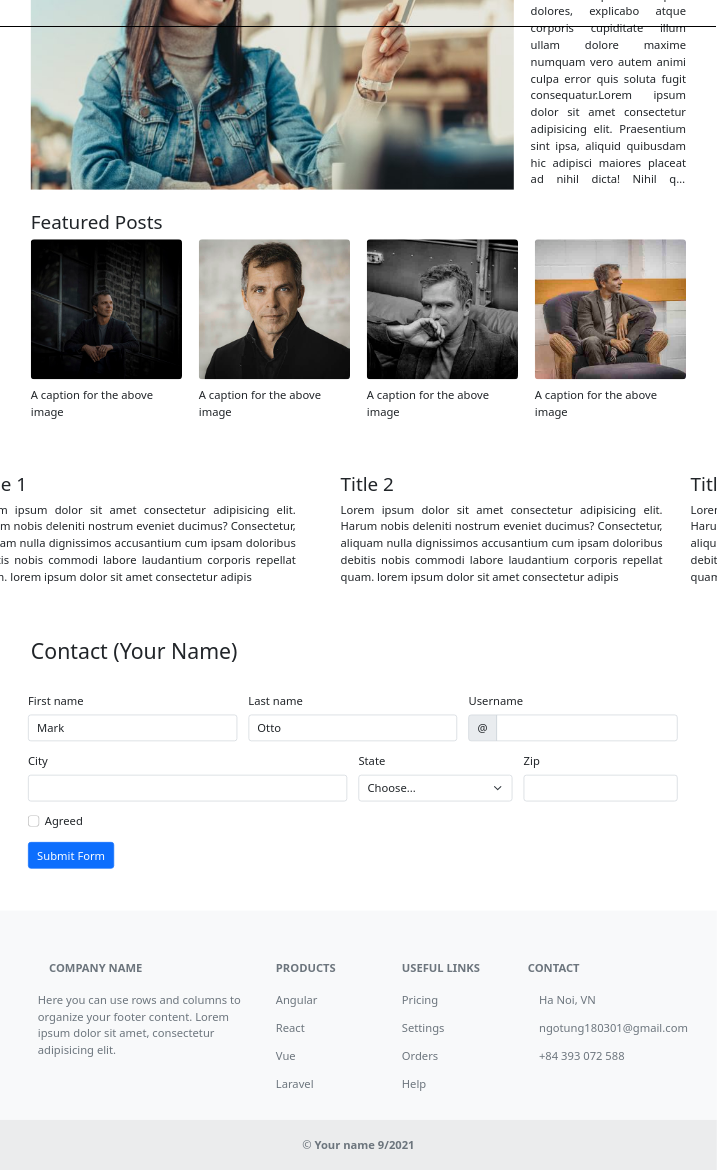
Repository: nvt01/72_1951061106_NgoVanTung
Page: BaiTh1/index.html
An editor plug-in stored every save of this project. The page is shown before and after the next save, followed by the edit.
The browser window is 1024 px wide. The pictures show the part of the page from y = 327 to 2567 px (the page is 1999 px tall before and 2643 px after), at 70% of full size.

Above is the page before, as saved 2021-12-01 11:00:35.

### BaiTh1/index.html
<!DOCTYPE html>
<html lang="en">
<head>
    <meta charset="UTF-8">
    <meta http-equiv="X-UA-Compatible" content="IE=edge">
    <meta name="viewport" content="width=device-width, initial-scale=1.0">
    <title>Blog</title>
    <link rel="stylesheet" href="style.css">
    <!-- CSS only -->
    <link href="https://cdn.jsdelivr.net/npm/bootstrap@5.1.3/dist/css/bootstrap.min.css" rel="stylesheet" integrity="sha384-1BmE4kWBq78iYhFldvKuhfTAU6auU8tT94WrHftjDbrCEXSU1oBoqyl2QvZ6jIW3" crossorigin="anonymous">
    <!-- JavaScript Bundle with Popper -->
    <script src="https://cdn.jsdelivr.net/npm/bootstrap@5.1.3/dist/js/bootstrap.bundle.min.js" integrity="sha384-ka7Sk0Gln4gmtz2MlQnikT1wXgYsOg+OMhuP+IlRH9sENBO0LRn5q+8nbTov4+1p" crossorigin="anonymous"></script>
</head>
<body>
    <div class="menu">
        <nav class="navbar navbar-expand-lg navbar-light bg-light">
            <div class="container-fluid">
                <a class="navbar-brand" href="#">
                    <img class="nav-img" src="./img/avatar.JPG" alt="">
                    Your name
                </a>
                <button class="navbar-toggler" type="button" data-bs-toggle="collapse" data-bs-target="#navbarSupportedContent" aria-controls="navbarSupportedContent" aria-expanded="false" aria-label="Toggle navigation">
                    <span class="navbar-toggler-icon"></span>
                </button>
                <div class=" collapse navbar-collapse" id="navbarSupportedContent">
                    <ul class="navbar-nav me-auto mb-2 mb-lg-0">
                        <li class="nav-item">
                            <a class="nav-link active" aria-current="page" href="#">Home</a>
                        </li>
                        <li class="nav-item">
                            <a class="nav-link" href="#">Featured</a>
                        </li>
                        <li class="nav-item">
                            <a class="nav-link" href="#">View Post</a>
                        </li>
                    </ul>
                </div>
            </div>
        </nav>
    </div>

    <div class="main">
        <div class="container">
            <div class="row">
                <h1 class="h1">Your Name</h1>
                <h3 class="h3">Your Profession</h3>
                <div class="col">
                    <img src="./img/img1.jpeg" alt="">
                </div>
                <div class="col content">
                    <h3>About</h3>
                    <span>Lorem ipsum dolor sit amet consectetur adipisicing elit. Odio excepturi aliquid, dolores, explicabo atque corporis cupiditate illum ullam dolore maxime numquam vero autem animi culpa error quis soluta fugit consequatur.Lorem ipsum dolor sit amet consectetur adipisicing elit. Praesentium sint ipsa, aliquid quibusdam hic adipisci maiores placeat ad nihil dicta! Nihil qui accusantium explicabo. Similique architecto dolorum perferendis odio fugit. Lorem ipsum dolor sit amet consectetur adipisicing elit. Odio excepturi aliquid, dolores, explicabo atque corporis cupiditate illum ullam dolore maxime numquam vero autem animi culpa error quis soluta fugit consequatur.Lorem ipsum dolor sit amet consectetur adipisicing elit. Praesentium sint ipsa, aliquid quibusdam hic adipisci maiores placeat ad nihil dicta! Nihil qui accusantium explicabo. Similique architecto dolorum perferendis odio fugit. lorem ipsum dolor sit amet consectetur adipis. Praesentium sint ipsa, aliquid quibusdam hic adipisci maiores placeat ad nihil dicta! Nihil qui accusantium explicabo.</span>
                </div>
            </div>
            <div class="row">
                <h3 class="h3-title">Featured Posts</h3>
                <div class="col-3 col-sm-12 col-md-6 col-xs-12 col-lg-3">
                    <img class="image" src="./img/img2.jpeg" alt="">
                    <p>A caption for the above image</p>
                </div>
                <div class="col-3 col-sm-12 col-md-6 col-xs-12 col-lg-3">
                    <img class="image" src="./img/img3.jpeg" alt="">
                    <p>A caption for the above image</p>
                </div>
                <div class="col-3 col-sm-12 col-md-6 col-xs-12 col-lg-3">
                    <img class="image" src="./img/img5.jpeg" alt="">
                    <p>A caption for the above image</p>
                </div>
                <div class="col-3 col-sm-12 col-md-6 col-xs-12 col-lg-3">
                    <img class="image" src="./img/img6.jpeg" alt="">
                    <p>A caption for the above image</p>
                </div>
            </div>
        </div>
    </div>

    <div class="title">
        <!-- <div class="row">
            <div class="col">
                <h3>Title 1</h3>
                <p class="title-text">Lorem ipsum dolor sit amet consectetur adipisicing elit. Harum nobis deleniti nostrum eveniet ducimus? Consectetur, aliquam nulla dignissimos accusantium cum ipsam doloribus debitis nobis commodi labore laudantium corporis repellat quam. lorem ipsum dolor sit amet consectetur adipis</p>
            </div>
            <div class="col">
                <h3>Title 2</h3>
                <p class="title-text">Lorem ipsum dolor sit amet consectetur adipisicing elit. Harum nobis deleniti nostrum eveniet ducimus? Consectetur, aliquam nulla dignissimos accusantium cum ipsam doloribus debitis nobis commodi labore laudantium corporis repellat quam. lorem ipsum dolor sit amet consectetur adipis</p>
            </div>
        </div> -->
        <div>
            <div id="carouselExampleControls" class="carousel slide" data-bs-ride="carousel">
                <div class="carousel-inner">
                    <div class="carousel-item active">
                        <div class="row">
                            <div class="col-md-6">
                                <div class="singer-box content">
                                    <h3>Title 1</h3>
                                    <p class="title-text">Lorem ipsum dolor sit amet consectetur adipisicing elit. Harum nobis deleniti nostrum eveniet ducimus? Consectetur, aliquam nulla dignissimos accusantium cum ipsam doloribus debitis nobis commodi labore laudantium corporis repellat quam. lorem ipsum dolor sit amet consectetur adipis</p>
                                </div>
                            </div>
                            <div class="col-md-6">
                                <div class="singer-box content">
                                    <h3>Title 2</h3>
                                    <p class="title-text">Lorem ipsum dolor sit amet consectetur adipisicing elit. Harum nobis deleniti nostrum eveniet ducimus? Consectetur, aliquam nulla dignissimos accusantium cum ipsam doloribus debitis nobis commodi labore laudantium corporis repellat quam. lorem ipsum dolor sit amet consectetur adipis</p>
                                </div>
                            </div>
                        </div>
                    </div>

                    <div class="carousel-item">
                        <div class="row">
                            <div class="col-md-6">
                                <div class="singer-box content">
                                    <h3>Title 3</h3>
                                    <p class="title-text">Lorem ipsum dolor sit amet consectetur adipisicing elit. Harum nobis deleniti nostrum eveniet ducimus? Consectetur, aliquam nulla dignissimos accusantium cum ipsam doloribus debitis nobis commodi labore laudantium corporis repellat quam. lorem ipsum dolor sit amet consectetur adipis</p>
                                </div>
                            </div>
                            <div class="col-md-6">
                                <div class="singer-box content">
                                    <h3>Title 4</h3>
                                    <p class="title-text">Lorem ipsum dolor sit amet consectetur adipisicing elit. Harum nobis deleniti nostrum eveniet ducimus? Consectetur, aliquam nulla dignissimos accusantium cum ipsam doloribus debitis nobis commodi labore laudantium corporis repellat quam. lorem ipsum dolor sit amet consectetur adipis</p>
                                </div>
                            </div>
                        </div>
                    </div>
                </div>
                <button class="carousel-control-prev" type="button" data-bs-target="#carouselExampleControls" data-bs-slide="prev">
                    <span class="carousel-control-prev-icon" aria-hidden="true"></span>
                    <span class="visually-hidden">Previous</span>
                </button>
                <button class="carousel-control-next" type="button" data-bs-target="#carouselExampleControls" data-bs-slide="next">
                    <span class="carousel-control-next-icon" aria-hidden="true"></span>
                    <span class="visually-hidden">Next</span>
                </button>
            </div>
        </div>
    </div>

    <div class="contact">
        <div class="container">
            <div class="row">
                <h2>Contact (Your Name)</h2>
                <form class="row g-3 needs-validation" novalidate>
                    <div class="col-md-4">
                        <label for="validationCustom01" class="form-label">First name</label>
                        <input type="text" class="form-control" id="validationCustom01" value="Mark" required>
                        <div class="valid-feedback">
                            Looks good!
                        </div>
                    </div>
                    <div class="col-md-4">
                        <label for="validationCustom02" class="form-label">Last name</label>
                        <input type="text" class="form-control" id="validationCustom02" value="Otto" required>
                        <div class="valid-feedback">
                            Looks good!
                        </div>
                    </div>
                    <div class="col-md-4">
                        <label for="validationCustomUsername" class="form-label">Username</label>
                        <div class="input-group has-validation">
                            <span class="input-group-text" id="inputGroupPrepend">@</span>
                            <input type="text" class="form-control" id="validationCustomUsername" aria-describedby="inputGroupPrepend" required>
                            <div class="invalid-feedback">
                            Please choose a username.
                            </div>
                        </div>
                    </div>
                    <div class="col-md-6">
                        <label for="validationCustom03" class="form-label">City</label>
                        <input type="text" class="form-control" id="validationCustom03" required>
                        <div class="invalid-feedback">
                            Please provide a valid city.
                        </div>
                    </div>
                    <div class="col-md-3">
                        <label for="validationCustom04" class="form-label">State</label>
                        <select class="form-select" id="validationCustom04" required>
                            <option selected disabled value="">Choose...</option>
                            <option>...</option>
                        </select>
                        <div class="invalid-feedback">
                            Please select a valid state.
                        </div>
                    </div>
                    <div class="col-md-3">
                        <label for="validationCustom05" class="form-label">Zip</label>
                        <input type="text" class="form-control" id="validationCustom05" required>
                        <div class="invalid-feedback">
                            Please provide a valid zip.
                        </div>
                    </div>
                    <div class="col-12">
                        <div class="form-check">
                            <input class="form-check-input" type="checkbox" value="" id="invalidCheck" required>
                            <label class="form-check-label" for="invalidCheck">
                            Agreed
                            </label>
                        <div class="invalid-feedback">
                            You must agree before submitting.
                        </div>
                    </div>
                    </div>
                    <div class="col-12">
                        <button class="btn btn-primary" type="submit">Submit Form</button>
                    </div>
                </form>
            </div>
        </div>
    </div>

    <footer class="text-center text-lg-start bg-light text-muted">
        <div>
            <a href="" class="me-4 text-reset">
            <i class="fab fa-facebook-f"></i>
            </a>
            <a href="" class="me-4 text-reset">
            <i class="fab fa-twitter"></i>
            </a>
            <a href="" class="me-4 text-reset">
            <i class="fab fa-google"></i>
            </a>
            <a href="" class="me-4 text-reset">
            <i class="fab fa-instagram"></i>
            </a>
            <a href="" class="me-4 text-reset">
            <i class="fab fa-linkedin"></i>
            </a>
            <a href="" class="me-4 text-reset">
            <i class="fab fa-github"></i>
            </a>
        </div>
        <section class="">
        <div class="container text-center text-md-start mt-5">
            <div class="row mt-3">
            <div class="col-md-3 col-lg-4 col-xl-3 mx-auto mb-4">
                <h6 class="text-uppercase fw-bold mb-4">
                <i class="fas fa-gem me-3"></i>Company name
                </h6>
                <p>
                Here you can use rows and columns to organize your footer content. Lorem ipsum
                dolor sit amet, consectetur adipisicing elit.
                </p>
            </div>
            <div class="col-md-2 col-lg-2 col-xl-2 mx-auto mb-4">
                <h6 class="text-uppercase fw-bold mb-4">
                Products
                </h6>
                <p>
                <a href="#!" class="text-reset">Angular</a>
                </p>
                <p>
                <a href="#!" class="text-reset">React</a>
                </p>
                <p>
                <a href="#!" class="text-reset">Vue</a>
                </p>
                <p>
                <a href="#!" class="text-reset">Laravel</a>
                </p>
            </div>
            <div class="col-md-3 col-lg-2 col-xl-2 mx-auto mb-4">
                <h6 class="text-uppercase fw-bold mb-4">
                Useful links
                </h6>
                <p>
                <a href="#!" class="text-reset">Pricing</a>
                </p>
                <p>
                <a href="#!" class="text-reset">Settings</a>
                </p>
                <p>
                <a href="#!" class="text-reset">Orders</a>
                </p>
                <p>
                <a href="#!" class="text-reset">Help</a>
                </p>
            </div>
            <div class="col-md-4 col-lg-3 col-xl-3 mx-auto mb-md-0 mb-4">
                <h6 class="text-uppercase fw-bold mb-4">
                Contact
                </h6>
                <p><i class="fas fa-home me-3"></i> Ha Noi, VN</p>
                <p>
                <i class="fas fa-envelope me-3"></i>
                ngotung180301@gmail.com
                </p>
                <p><i class="fas fa-phone me-3"></i>+84 393 072 588</p>
            </div>
            </div>
        </div>
        </section>
        <div class="text-center p-4" style="background-color: rgba(0, 0, 0, 0.05);">
            ©
            <a class="text-reset fw-bold" href="https://mdbootstrap.com/">Your name 9/2021</a>
        </div>
    </footer>
</body>
</html>

### BaiTh1/style.css
* {
    margin: 0;
    padding: 0;
    box-sizing: border-box;
}

:root {
    --text-color: rgb(187, 184, 184);
}

.menu {
}

.navbar {
    margin-bottom: 40px;
}

.nav-img {
    width: 40px;
    height: 40px;
    border-radius: 50%;
    object-fit: cover;
}

.content {
    text-align: justify;
}

.container-fluid .navbar-collapse {
    flex-grow: 0;
}

.container .h1 {
    font-weight: 400;
}

.container .h3 {
    padding-bottom: 10px;
    color: var(--text-color);
    font-size: 18px;
}

.image {
    border-radius: 5px;
    margin-bottom: 10px;
    width: 300px;
    height: 200px;
    object-fit: cover;
}

.h3-title {
    padding-top: 30px;
}

.singer-box {
    padding: 40px 20px;
}

.contact {
    margin: 20px 0 60px;
}

.text-center a {
    text-decoration: none;
    color: var(--text-color);
}

@media screen and (max-width: 1025px) {
    .content {
        display: -webkit-box;
        -webkit-box-orient: vertical;
        -webkit-line-clamp: 15;
        overflow: hidden;
    }
}

@media screen and (min-width: 768px) {
    .image {
        width: 100%;
        height: 200px;
    }
    .content h3{
        padding-top: 20px;
    }
}

@media screen and (max-width: 374px) {
    .container img {
        width: 200px;
        height: 100px;
    }
}

After the next save:
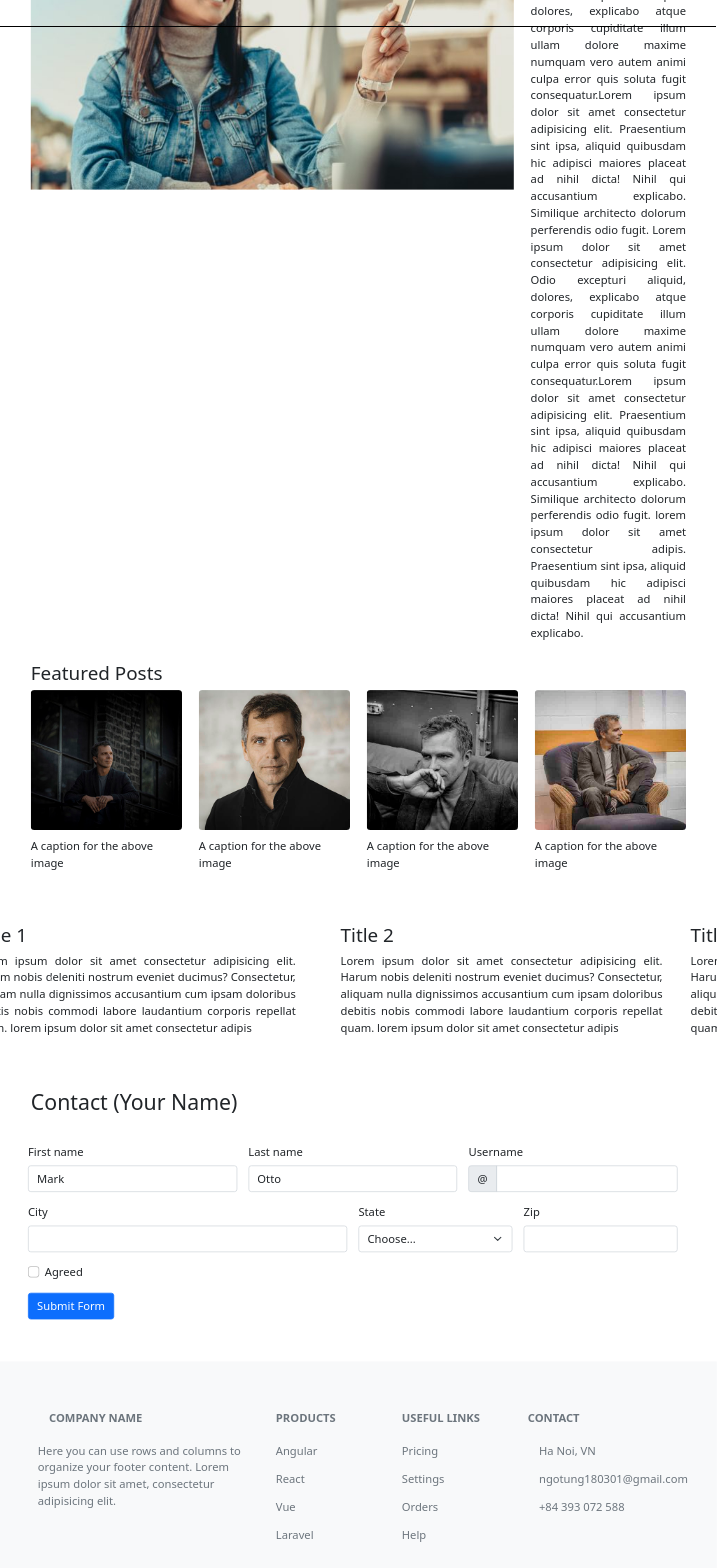
Saved 8 s later.
--- a/BaiTh1/style.css
+++ b/BaiTh1/style.css
@@ -67,10 +67,10 @@
 
 @media screen and (max-width: 1025px) {
     .content {
-        display: -webkit-box;
+        /* display: -webkit-box;
         -webkit-box-orient: vertical;
         -webkit-line-clamp: 15;
-        overflow: hidden;
+        overflow: hidden; */
     }
 }
 
